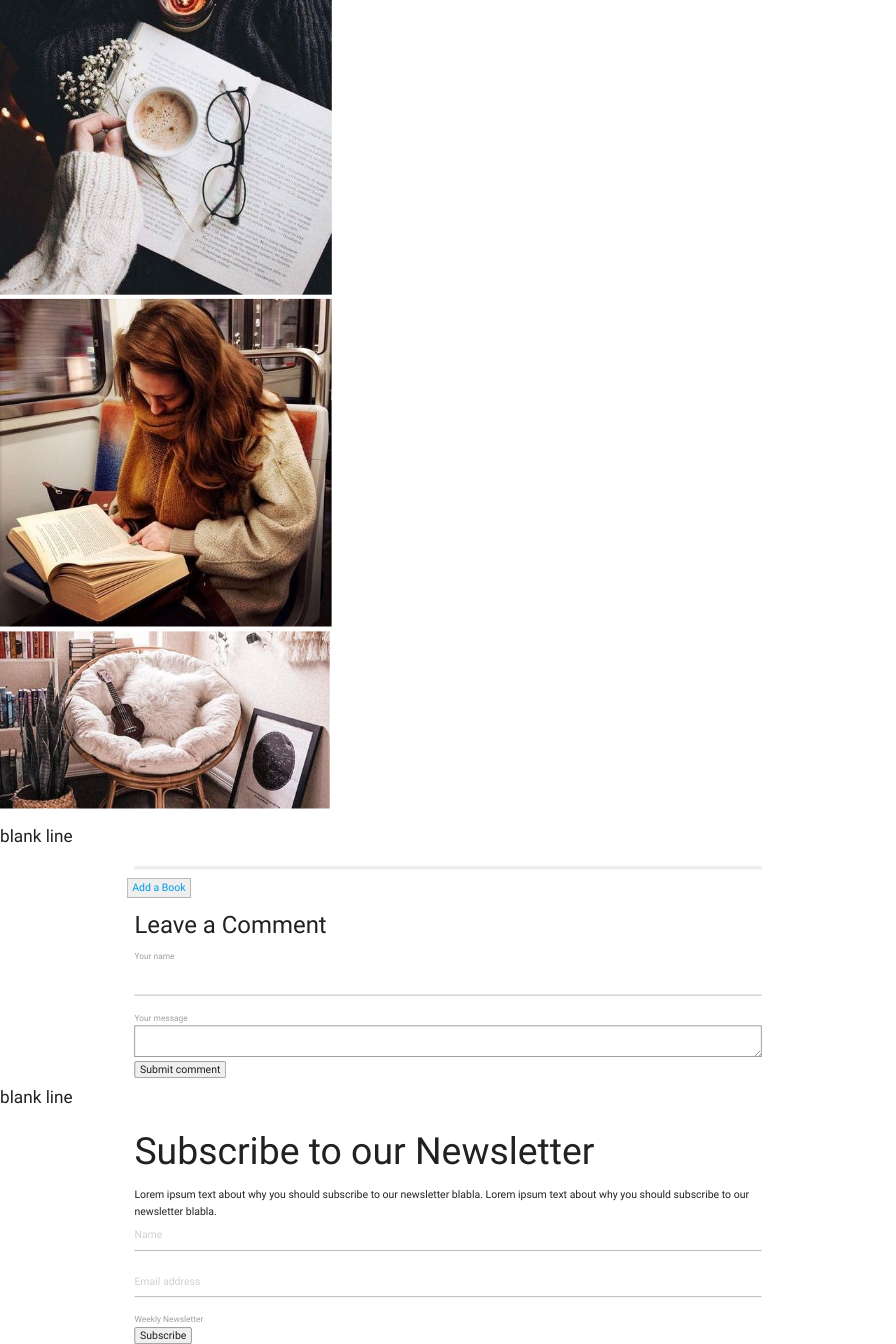
Repository: elizabeth24602/paper-to-screen
Page: http://localhost/forum1
The author's editor kept a record of every edit. The page is drawn from the files as they stood at one moment, then again after the next edit.
The browser window is 1280 px wide. The pictures show the part of the page from y = 900 to 2820 px (the page is 2820 px tall before and 2570 px after), at 70% of full size.
Some web libraries are served in a nearby version. The page is served by the project's application, run on Flask 3 (app.py). Queries for data that is not in the repository find no rows.

Above is the page before.

### templates/forum1.html
{% extends 'base.html' %}
{% block content %}
<div class="row container-fluid">
   <a class="col-md-12 logo" href="home.html"></a>
   <div class="col-md-12">
      <h2 class="welcome-title">Add a Book</h2>
      <p class="welcome">Lorem ipsum dolor sit amet, consectetur adipiscing elit, sed do eiusmod tempor incididunt ut labore et dolore magna aliqua.
         Ut enim ad minim veniam, quis nostrud exercitation ullamco laboris nisi ut aliquip ex ea commodo consequat.
         Duis aute irure dolor in reprehenderit in voluptate velit esse cillum dolore eu fugiat nulla pariatur.
         Excepteur sint occaecat cupidatat non proident, sunt in culpa qui officia deserunt mollit anim id est laborum.
         Lorem ipsum dolor sit amet, consectetur adipiscing elit, sed do eiusmod tempor incididunt ut labore et dolore magna aliqua.
         Ut enim ad minim veniam, quis nostrud exercitation ullamco laboris nisi ut aliquip ex ea commodo consequat.
         Duis aute irure dolor in reprehenderit in voluptate velit esse cillum dolore eu fugiat nulla pariatur.
         Excepteur sint occaecat cupidatat non proident, sunt in culpa qui officia deserunt mollit anim id est laborum.
      </p>
   </div>
   <div class="col-md-3 inline-item">
      <img class="picture" src="static/img/haircolour.jpg">
   </div>
   <div class="col-md-3 inline-item">
      <img class="picture" src="static/img/book.jpg">
   </div>
   <div class="col-md-3 inline-item">
      <img class="picture" src="static/img/busbook.jpg">
   </div>
   <div class="col-md-3 inline-item">
      <img class="picture" src="static/img/readingcorner.jpg">
   </div>
</div>
<div class="row">
   <div class="col-md-12">
      <h5 class="blank">blank line</h5>
   </div>
</div>
<div class="container">
   <ul class="collapsible" data-collapsible="accordion">
      {% for book in book %}
      <li>
         <div class="collapsible-header">
            <div class="col s3">
               <a class="waves-effect waves-light btn btn_small">Read</a>
               <a class="waves-effect waves-light btn btn_small">Watched</a>
               <a href={{url_for('edit_book', book_id=book._id)}} class="waves-effect waves-light btn btn_small cyan">Edit</a>
            </div>
            <div class=" task_header col s9">
               <i class="material-icons">expand_more</i><strong>{{book.task_name}}</strong> - {{book.star_rating}}
            </div>
         </div>
         <div class="collapsible-body">
            <span>
            {{book.task_description}}
            </span>
         </div>
      </li>
      {% endfor %}
   </ul>
</div>
<div class="container">
   <div class="row">
      <div class="col-md-12">
      <button class="addbook waves-effect">
         <a href="add_book"><span>Add a Book</span></a></button>
      </div>
   </div>
</div>
<div class="container">
<div id="respond">

  <h4>Leave a Comment</h4>

  <form action="post_comment.php" method="post" id="commentform">

    <label for="comment_author" class="required">Your name</label>
    <input type="text" name="comment_author" id="comment_author" value="" tabindex="1" required="required">

    <label for="comment" class="required">Your message</label>
    <textarea name="comment" id="comment" rows="10" tabindex="4"  required="required"></textarea>

    <input type="hidden" name="comment_post_ID" value="1" id="comment_post_ID" />
    <input name="submit" type="submit" value="Submit comment" />

  </form>

</div>
</div>
<div class="row">
   <div class="col-md-12">
      <h5 class="blank">blank line</h5>
   </div>
</div>
<form action="/action_page.php">
   <div class="container">
      <h2>Subscribe to our Newsletter</h2>
      <p>Lorem ipsum text about why you should subscribe to our newsletter blabla. Lorem ipsum text about why you should subscribe to our newsletter blabla.</p>
   </div>
   <div class="container" style="background-color:white">
      <input type="text" placeholder="Name" name="name" required>
      <input type="text" placeholder="Email address" name="mail" required>
      <label>
      <input type="checkbox" checked="checked" name="subscribe"> Weekly Newsletter
      </label>
   </div>
   <div class="container">
      <input type="submit" value="Subscribe">
   </div>
</form>
{% endblock %}

### templates/base.html
<!DOCTYPE html>
<html>

<head>
    <link href="https://fonts.googleapis.com/icon?family=Material+Icons" rel="stylesheet">
    <link rel="stylesheet" href="https://cdnjs.cloudflare.com/ajax/libs/materialize/0.100.2/css/materialize.min.css">
</head>

<body>
    {% block content %}
    {% endblock %}

    <script src="https://cdnjs.cloudflare.com/ajax/libs/jquery/3.2.1/jquery.min.js"></script>
    <script src="https://cdnjs.cloudflare.com/ajax/libs/materialize/0.100.2/js/materialize.min.js"></script>
    <script type="text/javascript">
        $(document).ready(function() {
            $('.collapsible').collapsible();
            $('select').material_select();
        })
    </script>
</body>

</html>

### app.py
from os import path
if path.exists("env.py"):
    import env


import os
from flask import Flask, render_template, redirect, request, url_for
from flask_pymongo import PyMongo
from bson.objectid import ObjectId
from bson.objectid import ObjectId

app = Flask(__name__)
app.config["MONGO_DBNAME"] = 'book_manager'
app.config["MONGO_URI"] = ('mongodb+srv://Elizabeth24602:Gavroche24602@myfirstcluster-xtdqk.mongodb.net/book_manager?retryWrites=true&w=majority')

mongo = PyMongo(app)

@app.route('/')
@app.route('/index1')
def index():
    return render_template("index1.html")

@app.route('/about1')
def about():
    return render_template("about1.html")

@app.route('/choices1')
def choices():
    return render_template("choices1.html")

@app.route('/forum1')
def get_book():
    return render_template("forum1.html", book=mongo.db.book.find())

@app.route('/add_book')
def add_book():
    return render_template('addbook.html',
                            categories=mongo.db.categories.find())

@app.route('/insert_book', methods=['POST'])
def insert_book():
    tasks = mongo.db.book
    tasks.insert_one(request.form.to_dict())
    return redirect(url_for('get_book'))

@app.route('/edit_task/<task_id>')
def edit_task(task_id):
    the_task =  mongo.db.tasks.find_one({"_id": ObjectId(task_id)})
    all_categories =  mongo.db.categories.find()
    return render_template('edittask.html', task=the_task,
                           categories=all_categories)


if __name__ == '__main__':
    app.run(host=os.environ.get('IP'),
            port=int(os.environ.get('PORT')),
            debug=True)

After the next edit:
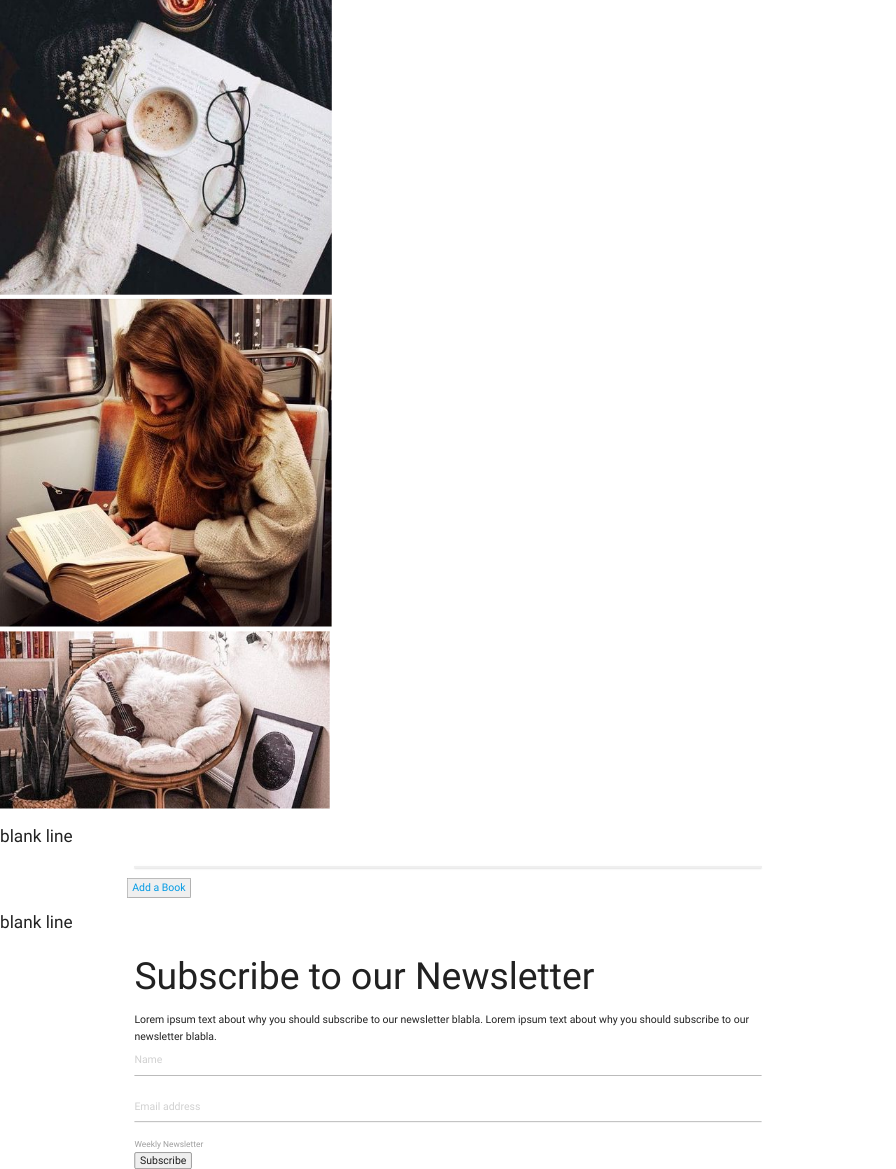
The edit:
--- a/templates/forum1.html
+++ b/templates/forum1.html
@@ -63,26 +63,6 @@
       </div>
    </div>
 </div>
-<div class="container">
-<div id="respond">
-
-  <h4>Leave a Comment</h4>
-
-  <form action="post_comment.php" method="post" id="commentform">
-
-    <label for="comment_author" class="required">Your name</label>
-    <input type="text" name="comment_author" id="comment_author" value="" tabindex="1" required="required">
-
-    <label for="comment" class="required">Your message</label>
-    <textarea name="comment" id="comment" rows="10" tabindex="4"  required="required"></textarea>
-
-    <input type="hidden" name="comment_post_ID" value="1" id="comment_post_ID" />
-    <input name="submit" type="submit" value="Submit comment" />
-
-  </form>
-
-</div>
-</div>
 <div class="row">
    <div class="col-md-12">
       <h5 class="blank">blank line</h5>
